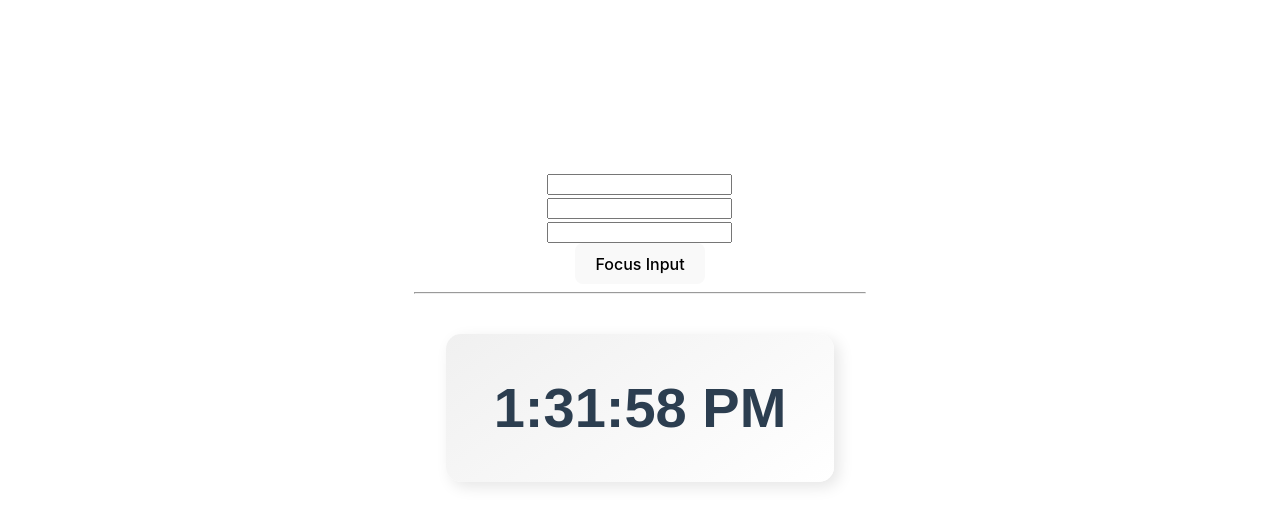
Repository: FARMAN9/inputdata-useRef-and-useEffect
Page: /
These files come from the project's save history. The page is drawn as it stood at one moment and after a run of saves; the edit follows.
The browser window is 1280 px wide. The pictures show the whole page.
The project was rebuilt for these pictures with package versions that can differ from the ones it lists, and the page was loaded fresh each time. Also part of the build but not shown: vite.config.js, src/components/inputdate.jsx.

Above is the page before, as saved 2025-01-13 13:16:42.

After the next 7 saves:
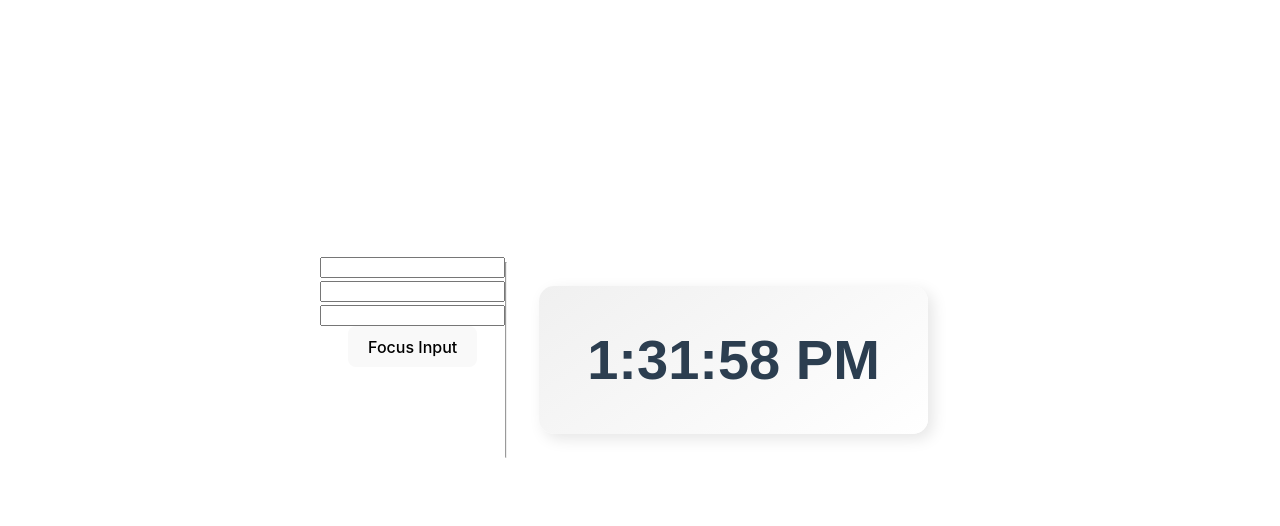
The 7 saves are shown as one change because they came seconds apart.
The last was saved 16 s later.
--- a/src/App.jsx
+++ b/src/App.jsx
@@ -31,7 +31,10 @@ function App() {
 
   return (
     <>
-      <div>
+      <div
+        style={{
+          display: "flex",
+        }}>
         <div>
           <input ref={inputRef} type="text" required />
           <br />
